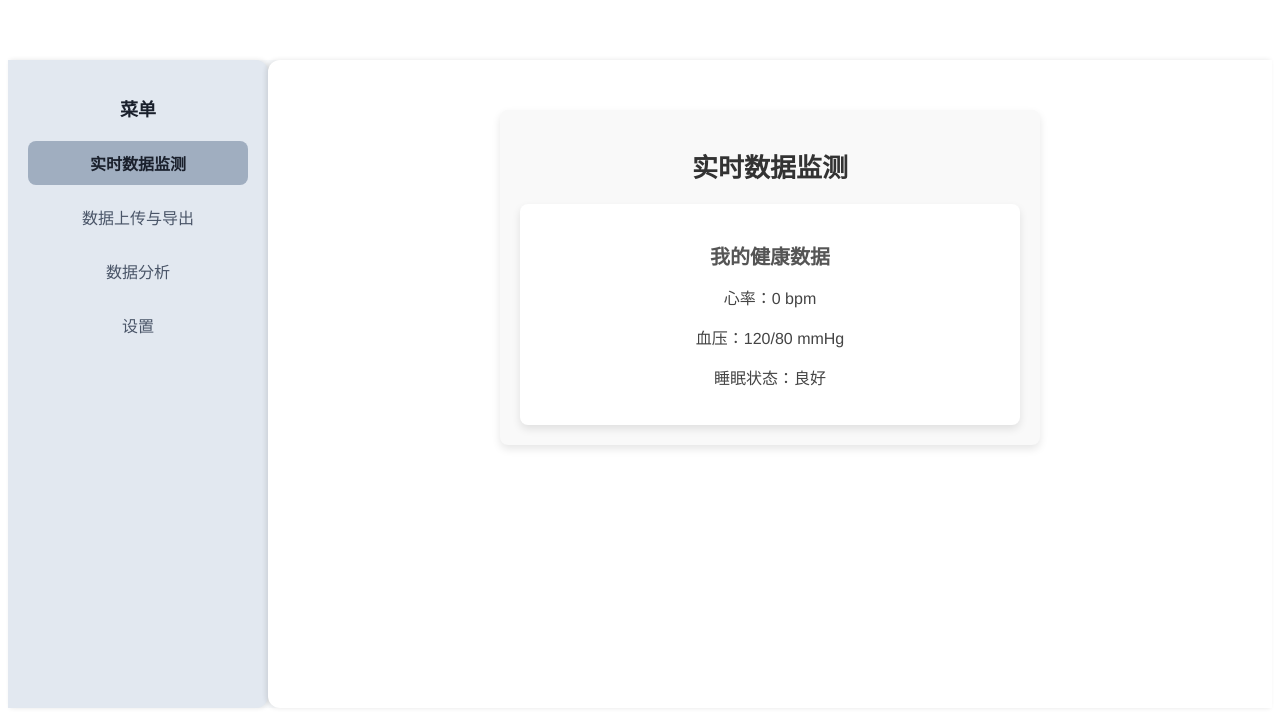
Repository: hyperion0831/The-management-of-IoT-data-sharing-based-on-blockchain
Page: / (app in Dz/frontend/)
An editor plug-in stored every save of this project. The page is shown before and after the next save, followed by the edit.
The browser window is 1280 px wide. The pictures show the whole page.
The project was rebuilt for these pictures with package versions that can differ from the ones it lists, and the page was loaded fresh each time. Also part of the build but not shown: Dz/frontend/vue.config.js, Dz/frontend/src/components/dashboard/DataUploadAndExport.vue, Dz/frontend/src/components/dashboard/DataAnalysis.vue, Dz/frontend/src/components/dashboard/AppSettings.vue.

Above is the page before, as saved 2024-11-03 21:00:24.

### Dz/frontend/src/main.js
import { createApp } from 'vue';
import App from './App.vue';
import router from './router';
import ElementPlus from 'element-plus';
import 'element-plus/dist/index.css';

const app = createApp(App);

app.use(router)
app.use(ElementPlus)
app.mount('#app');

### Dz/frontend/src/App.vue
<template>
  <div id="app">
    <router-view></router-view>
  </div>
</template>

<script>
export default {
  name: 'App'
};
</script>

<style>
#app {
  font-family: Avenir, Helvetica, Arial, sans-serif;
  -webkit-font-smoothing: antialiased;
  -moz-osx-font-smoothing: grayscale;
  text-align: center;
  color: #2c3e50;
  margin-top: 60px;
}
</style>

### Dz/frontend/src/router/index.js
import { createRouter, createWebHistory } from 'vue-router';
import DataDashBoard from '../components/DataDashBoard.vue'; // 导入仪表盘组件

const routes = [
  {
    path: '/',
    name: 'DataDashBoard',
    component: DataDashBoard
  },
];

const router = createRouter({
  history: createWebHistory(),
  routes
});

export default router;

### Dz/frontend/src/components/DataDashBoard.vue
<template>
  <div class="datadashboard">
    <!-- 左侧导航栏 -->
    <div class="sidebar">
      <h2 class="sidebar-title">菜单</h2>
      <ul>
        <li :class="{ active: activeModule === 'RealTimeMonitoring' }" @click="selectModule('RealTimeMonitoring')">
          实时数据监测
        </li>
        <li :class="{ active: activeModule === 'DataUploadAndExport' }" @click="selectModule('DataUploadAndExport')">
          数据上传与导出
        </li>
        <li :class="{ active: activeModule === 'DataAnalysis' }" @click="selectModule('DataAnalysis')">
          数据分析
        </li>
        <li :class="{ active: activeModule === 'AppSettings' }" @click="selectModule('AppSettings')">
          设置
        </li>
      </ul>
    </div>

    <!-- 主内容区域 -->
    <div class="content">
      <keep-alive>
        <component
          :is="activeModuleComponent"
          v-bind="getModuleProps(activeModule)"
          @switchToCheckList="selectModule('RealTimeMonitoring')"
        />
      </keep-alive>
    </div>
  </div>
</template>

<script>

import DataUploadAndExport from './dashboard/DataUploadAndExport.vue';
import RealTimeMonitoring from './dashboard/RealTimeMonitoring.vue';
import DataAnalysis from './dashboard/DataAnalysis.vue';
import AppSettings from './dashboard/AppSettings.vue';


export default {
  name: 'DataDashBoard',
  components: {
    RealTimeMonitoring,
    DataUploadAndExport,
    DataAnalysis,
    AppSettings,
  },
  data() {
    return {
      activeModule: 'RealTimeMonitoring', // 设置初始模块
      publishedItems: [], // 用于存储数据内容
      userInfo: null, // 保存用户信息
    };
  },
  created() {
    const storedUserInfo = localStorage.getItem('userInfo');
    if (storedUserInfo) {
      const userInfo = JSON.parse(storedUserInfo);
      this.userRole = userInfo.identity;
      this.userName = userInfo.name;
      this.doctorId = userInfo.doctorId;
    }
  },
  computed: {
    activeModuleComponent() {
      // 根据 activeModule 动态返回组件名称
      const componentMap = {
        RealTimeMonitoring: 'RealTimeMonitoring',
        DataUploadAndExport: 'DataUploadAndExport',
        DataAnalysis: 'DataAnalysis',
        AppSettings: 'AppSettings',
      };
      return componentMap[this.activeModule] || 'div';
    },
  },
  methods: {
    selectModule(module) {
      this.activeModule = module;
    },
    getModuleProps(module) {
      // 动态传递组件属性
      if (module === 'RealTimeMonitoring') {
        return { items: this.publishedItems };
      }
      return {};
    },
    handleDataSubmit(dataContent) {
      if (dataContent) {
        this.publishedItems.push(dataContent); // 将数据内容添加到列表中
        this.activeModule = 'RealTimeMonitoring'; // 切换到实时数据监测模块显示
      }
    },
  }
};
</script>

<style scoped>
.datadashboard {
  display: flex;
  height: 90vh;
  background-color: #f8fafc;
}

/* 左侧导航栏样式 */
.sidebar {
  width: 220px;
  padding: 20px;
  background-color: #e2e8f0; /* 浅灰色背景 */
  color: #2d3748; /* 深灰色文字 */
  box-shadow: 2px 0 5px rgba(0, 0, 0, 0.1);
  border-top-right-radius: 12px;
  border-bottom-right-radius: 12px;
}

.sidebar-title {
  font-size: 18px;
  font-weight: 600;
  margin-bottom: 20px;
  text-align: center;
  color: #1a202c; /* 更深的灰色，提升对比度 */
}

ul {
  list-style: none;
  padding: 0;
  margin: 0;
}

li {
  margin: 10px 0;
  padding: 10px;
  color: #4a5568; /* 中等灰色 */
  cursor: pointer;
  transition: all 0.3s ease;
  border-radius: 8px;
  text-align: center;
}

li:hover {
  background-color: #cbd5e0; /* 悬停时稍微深一点的浅灰色 */
  color: #1a202c;
  font-weight: bold;
}

li.active {
  background-color: #a0aec0; /* 选中项的浅灰色 */
  color: #1a202c;
  font-weight: bold;
}

/* 主内容区域样式 */
.content {
  flex: 1;
  padding: 30px;
  background-color: #ffffff;
  box-shadow: -2px 0 5px rgba(0, 0, 0, 0.1);
  border-top-left-radius: 12px;
  border-bottom-left-radius: 12px;
  overflow-y: auto;
}

.login-button {
  margin-top: 20px;
  padding: 10px;
  width: 100%;
  background-color: #3182ce; /* 浅蓝色按钮 */
  color: #ffffff;
  border: none;
  border-radius: 5px;
  cursor: pointer;
  transition: background-color 0.3s;
}

.login-button:hover {
  background-color: #2b6cb0; /* 鼠标悬停时加深的蓝色 */
}
</style>

### Dz/frontend/src/components/dashboard/RealTimeMonitoring.vue
<template>
  <div class="real-time-monitoring">
    <h1>实时数据监测</h1>
    <div v-if="isDoctor" class="doctor-section">
      <h2>病人列表</h2>
      <div class="patient-select">
        <label>查看病人</label>
        <select v-model="loadPatients">
          <option v-for="patient in patients" :key="patient.id" :value="patient">
            {{ patient.name }}
          </option>
        </select>
      </div>
      <div class="refresh-rate">
        <label>刷新频率：</label>
        <select v-model="refreshRate">
          <option value="5">5秒</option>
          <option value="10">10秒</option>
          <option value="30">30秒</option>
        </select>
      </div>
    </div>
    <div v-else class="user-section">
      <h2>我的健康数据</h2>
      <div class="user-health-data">
        <p>心率：{{ userHealthData.heartRate }} bpm</p>
        <p>血压：{{ userHealthData.bloodPressure }} mmHg</p>
        <p>睡眠状态：{{ userHealthData.sleepStatus }}</p>
      </div>
    </div>
  </div>
</template>

<script>
export default {
  data() {
    return {
      isDoctor: false,
      patients: [],
      userHealthData: {
        heartRate: 0,
        bloodPressure: "120/80",
        sleepStatus: "良好",
      },
      fetchInterval: null,
    };
  },

  created() {

    this.loadPatients();
    // 从 sessionStorage 中获取用户身份
    this.checkIsDoctor();
    // 根据身份获取相应数据
    this.fetchData();
    // 启动定时获取实时数据
    this.startFetching();
  },
  beforeUnmount() {
    clearInterval(this.fetchInterval);
  },
  methods: {
    loadPatients() {
      // 遍历 localStorage 中的所有键
      for (let i = 0; i < localStorage.length; i++) {
        const key = localStorage.key(i);

        // 检查键是否以 'user-' 开头
        if (key.startsWith('user-')) {
          this.patients.push({
            name: key.split('-')[1],  // 从键中提取病人名字
          });
        }
      }
    },
    async fetchData() {
      try {
        if (this.isDoctor) {
          // 调用 API 获取病人数据
          console.log('调用 API 获取病人数据');
          //const response = await fetch('/api/patients'); // 假设 API 返回病人数据
          //this.patients = await response.json();
        } else {
          console.log('调用 API 获取用户自己的健康数据');
          // 调用 API 获取用户自己的健康数据
          //const userName = sessionStorage.getItem('userName').split('-')[1];
          //const response = await fetch(`/api/users/${userName}/healthData`);
          //this.userHealthData = await response.json();
        }
      } catch (error) {
        console.error("获取数据失败:", error);
      }
    },
    checkIsDoctor() {
      // 从 sessionStorage 获取 userName 并检查第一部分是否为 'doctor'
      const userName = sessionStorage.getItem('userName');
      if (userName) {
        this.isDoctor = userName.split('-')[0] === 'doctor';
        console.log("是否为医生:", this.isDoctor); // 输出结果
      }
    },
    startFetching() {
      console.log('每隔5分钟获取一次数据');
      // 每隔5分钟获取一次数据
      /*
      this.fetchInterval = setInterval(() => {
        this.fetchData();
      }, 5 * 60 * 1000); // 5分钟
      */
    },
  },
};
</script>

<style scoped>
.real-time-monitoring {
  max-width: 500px;
  margin: 20px auto;
  padding: 20px;
  background-color: #f9f9f9;
  border-radius: 8px;
  box-shadow: 0 4px 8px rgba(0, 0, 0, 0.1);
  text-align: center;
}

h1 {
  font-size: 26px;
  color: #333;
  margin-bottom: 20px;
}

.doctor-section, .user-section {
  background-color: #ffffff;
  padding: 20px;
  border-radius: 8px;
  box-shadow: 0 4px 8px rgba(0, 0, 0, 0.1);
}

h2 {
  font-size: 20px;
  color: #555;
  margin-bottom: 15px;
}

.patient-select, .refresh-rate {
  display: flex;
  align-items: center;
  justify-content: space-between;
  margin: 10px 0;
}

label {
  font-size: 16px;
  color: #666;
}

select {
  padding: 8px;
  border: 1px solid #ccc;
  border-radius: 4px;
  font-size: 16px;
  width: 60%;
}

.user-health-data p {
  font-size: 16px;
  color: #444;
  margin-top: 10px;
}
</style>

Loaded but not shown: Dz/frontend/public/index.html (common file)

After the next save:
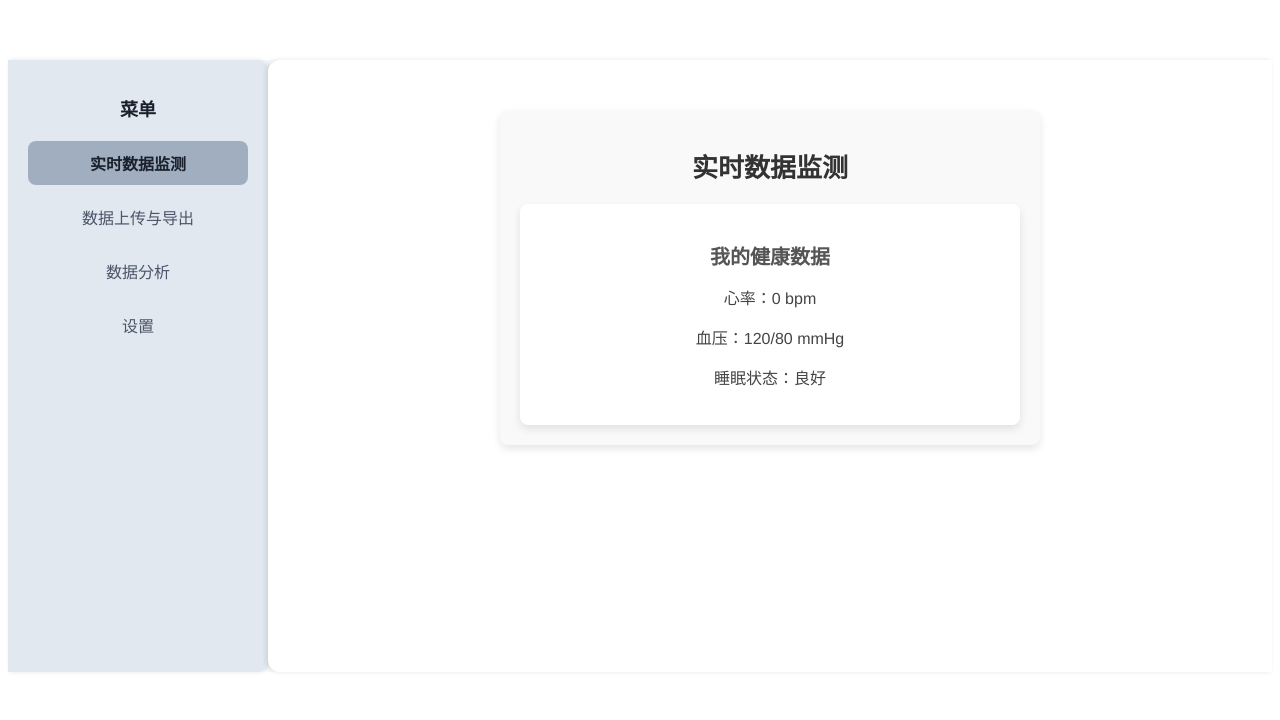
Saved 6 s later.
--- a/Dz/frontend/src/components/DataDashBoard.vue
+++ b/Dz/frontend/src/components/DataDashBoard.vue
@@ -100,7 +100,7 @@ export default {
 <style scoped>
 .datadashboard {
   display: flex;
-  height: 90vh;
+  height: 85vh;
   background-color: #f8fafc;
 }
 
